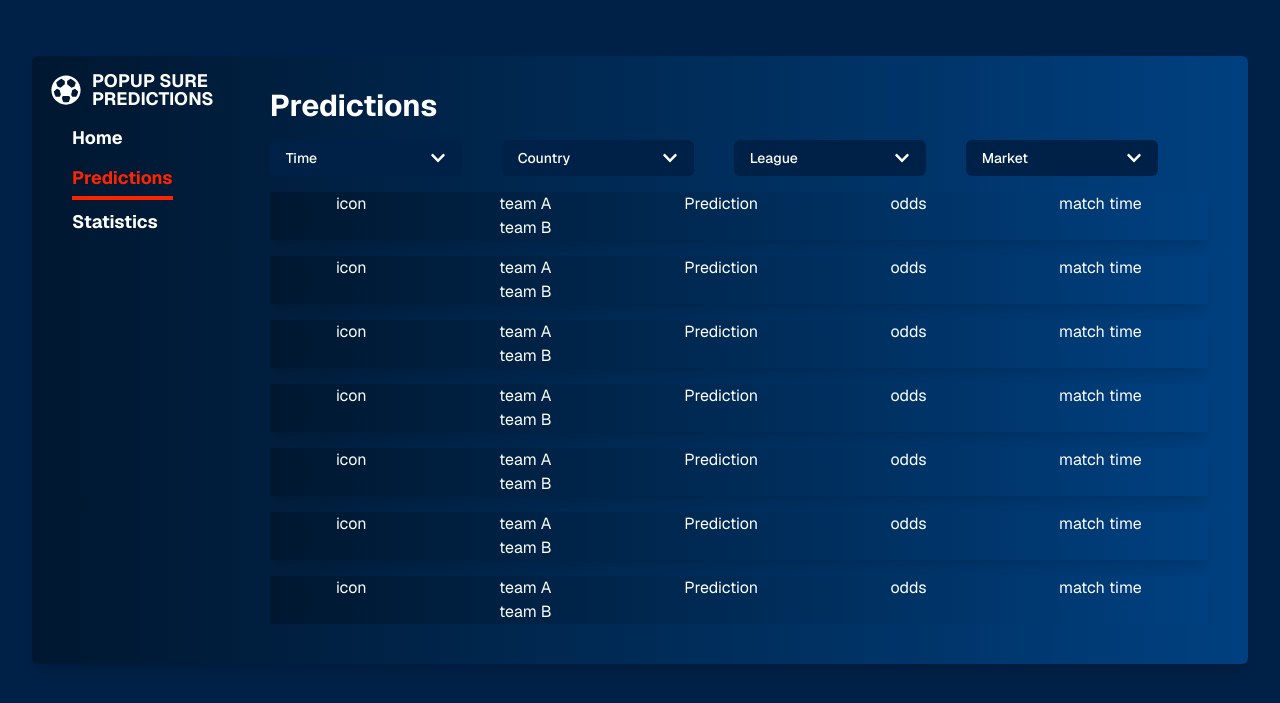
Repository: prototypedave/AlgoFooty
Page: /predictions (app in frontend/algo-footy/)
These files come from the project's save history. The page is drawn as it stood at one moment and after the next save; the edit follows.
The browser window is 1280 px wide. The pictures show the whole page.
The page's requests for data from a server got no answer. The project was rebuilt for these pictures with package versions that can differ from the ones it lists, and the page was loaded fresh each time. The framework's server and built-in components were replaced by stand-ins that run in the browser. No one was signed in, and anything a server would have sent is missing. Also part of the build but not shown: frontend/algo-footy/next.config.ts.

Above is the page before, as saved 2025-11-03 11:26:42.

After the next save:
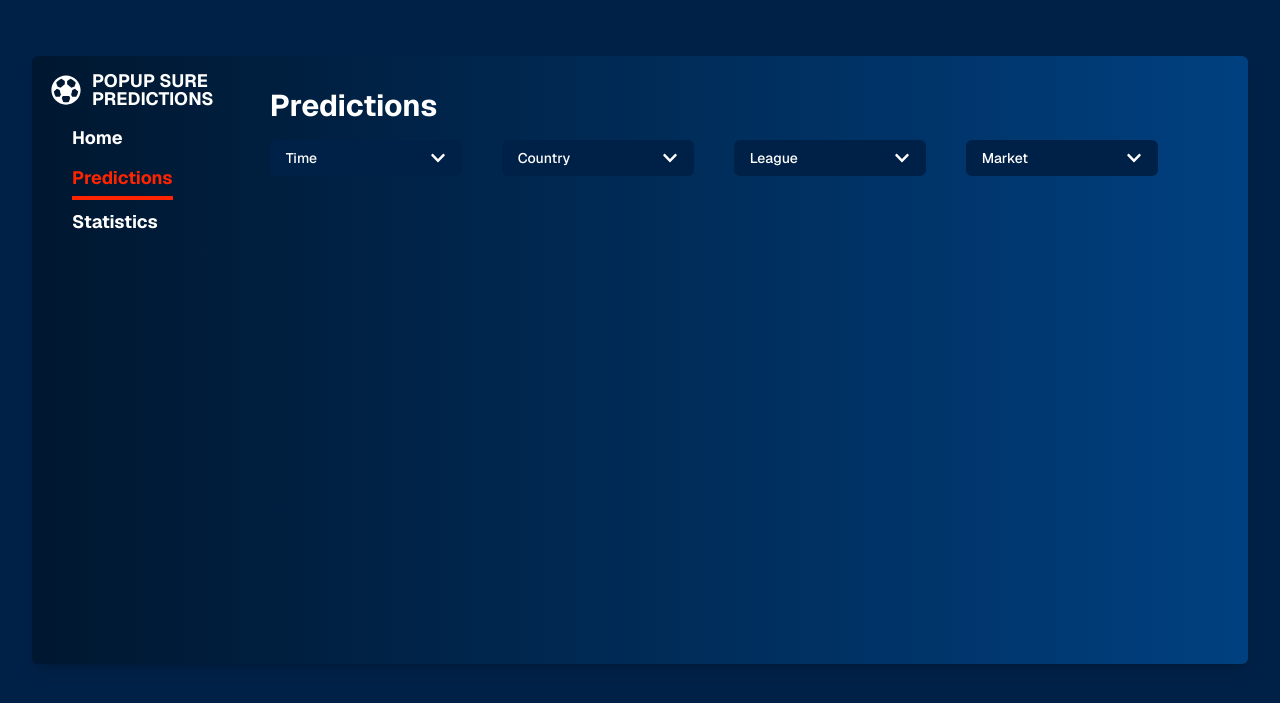
Saved 2 min 57 s later.
--- a/frontend/algo-footy/app/predictions/page.tsx
+++ b/frontend/algo-footy/app/predictions/page.tsx
@@ -107,76 +107,18 @@ export default function Predictions() {
                     </div>
                     <div className="flex w-full overflow-y-auto">
                         <ol className="flex flex-col w-full gap-4 pr-2">
-                            <li className="flex bg-gradient-to-r from-[#001730] to-[#004080] w-full shadow-lg justify-around">
-                                <p>icon</p>
-                                <div>
-                                    <p>team A</p>
-                                    <p>team B</p>
-                                </div>
-                                <p>Prediction</p>
-                                <div>odds</div>
-                                <div>match time</div>
-                            </li>
-                            <li className="flex bg-gradient-to-r from-[#001730] to-[#004080] w-full shadow-lg justify-around">
-                                <p>icon</p>
-                                <div>
-                                    <p>team A</p>
-                                    <p>team B</p>
-                                </div>
-                                <p>Prediction</p>
-                                <div>odds</div>
-                                <div>match time</div>
-                            </li>
-                            <li className="flex bg-gradient-to-r from-[#001730] to-[#004080] shadow-lg justify-around">
-                                <p>icon</p>
-                                <div>
-                                    <p>team A</p>
-                                    <p>team B</p>
-                                </div>
-                                <p>Prediction</p>
-                                <div>odds</div>
-                                <div>match time</div>
-                            </li>
-                            <li className="flex bg-gradient-to-r from-[#001730] to-[#004080] shadow-lg justify-around">
-                                <p>icon</p>
-                                <div>
-                                    <p>team A</p>
-                                    <p>team B</p>
-                                </div>
-                                <p>Prediction</p>
-                                <div>odds</div>
-                                <div>match time</div>
-                            </li>
-                            <li className="flex bg-gradient-to-r from-[#001730] to-[#004080] shadow-lg justify-around">
-                                <p>icon</p>
-                                <div>
-                                    <p>team A</p>
-                                    <p>team B</p>
-                                </div>
-                                <p>Prediction</p>
-                                <div>odds</div>
-                                <div>match time</div>
-                            </li>
-                            <li className="flex bg-gradient-to-r from-[#001730] to-[#004080] shadow-lg justify-around">
-                                <p>icon</p>
-                                <div>
-                                    <p>team A</p>
-                                    <p>team B</p>
-                                </div>
-                                <p>Prediction</p>
-                                <div>odds</div>
-                                <div>match time</div>
-                            </li>
-                            <li className="flex bg-gradient-to-r from-[#001730] to-[#004080] shadow-lg justify-around">
-                                <p>icon</p>
-                                <div>
-                                    <p>team A</p>
-                                    <p>team B</p>
-                                </div>
-                                <p>Prediction</p>
-                                <div>odds</div>
-                                <div>match time</div>
-                            </li>
+                            {filtered.map((match, index) => (
+                                <li key={index} className="flex bg-gradient-to-r from-[#001730] to-[#004080] w-full shadow-lg justify-around">
+                                    <p>icon</p>
+                                    <div>
+                                        <p>{match.home}</p>
+                                        <p>{match.away}</p>
+                                    </div>
+                                    <p>Prediction</p>
+                                    <div>odds</div>
+                                    <div>match time</div>
+                                </li>
+                            ))}
                         </ol>
                     </div>
                 </div>
